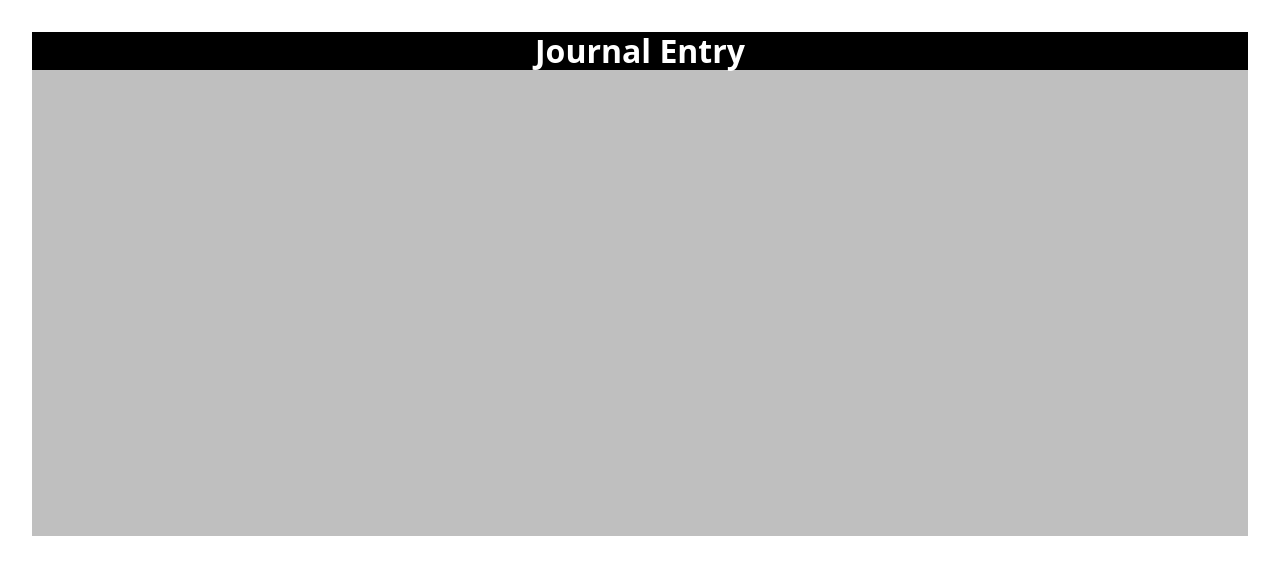
Repository: kestermbah/ai-journal
Page: /
The author's editor kept a copy of each file at every save. The page is drawn from the files as they stood at one save, then again after the next save.
The browser window is 1280 px wide. The pictures show the whole page.
The project was rebuilt for these pictures with package versions that can differ from the ones it lists, and the page was loaded fresh each time. Also part of the build but not shown: vite.config.ts, src/index.css.

Above is the page before, as saved 2024-12-24 20:42:56.

### src/App.tsx
import "./App.css";
import "bootstrap/dist/css/bootstrap.min.css";
import Journal from "./components/Journal";

function App() {
  return (
    <div>
      <Journal />
    </div>
  );
}

export default App;

### src/components/Journal.tsx
import "./Journal.css";

const Journal = () => {
  return (
    <div className="Journal">
      <h1 className="Title">Journal Entry</h1>
    </div>
  );
};
export default Journal;

### src/components/Journal.css
.Title{
    color : white;
    font-size: 2rem;
    font-weight: bold;
    margin-bottom: 1rem;
    background-color: black;
}

.Journal {
    min-height: 70vh;
    background-color: rgba(0, 0, 0, 0.251);
}

Loaded but not shown: index.html (common file); src/main.tsx (common file); src/App.css (common file)

After the next save:
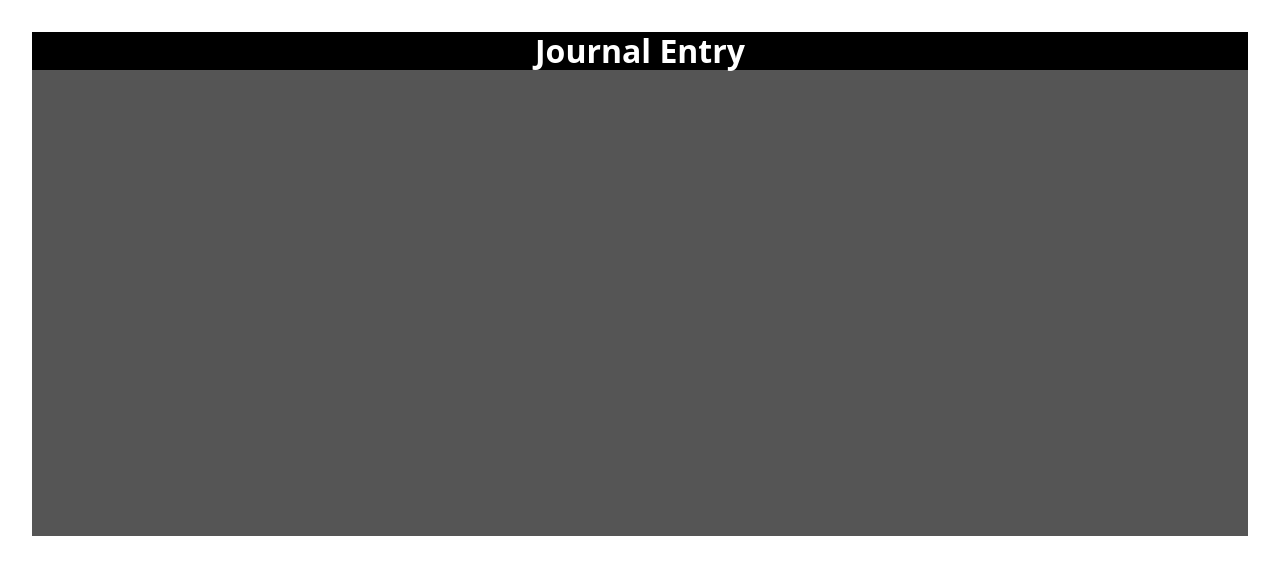
Saved 16 s later.
--- a/src/components/Journal.css
+++ b/src/components/Journal.css
@@ -8,5 +8,5 @@
 
 .Journal {
     min-height: 70vh;
-    background-color: rgba(0, 0, 0, 0.251);
+    background-color: rgba(0, 0, 0, 0.665);
 }
